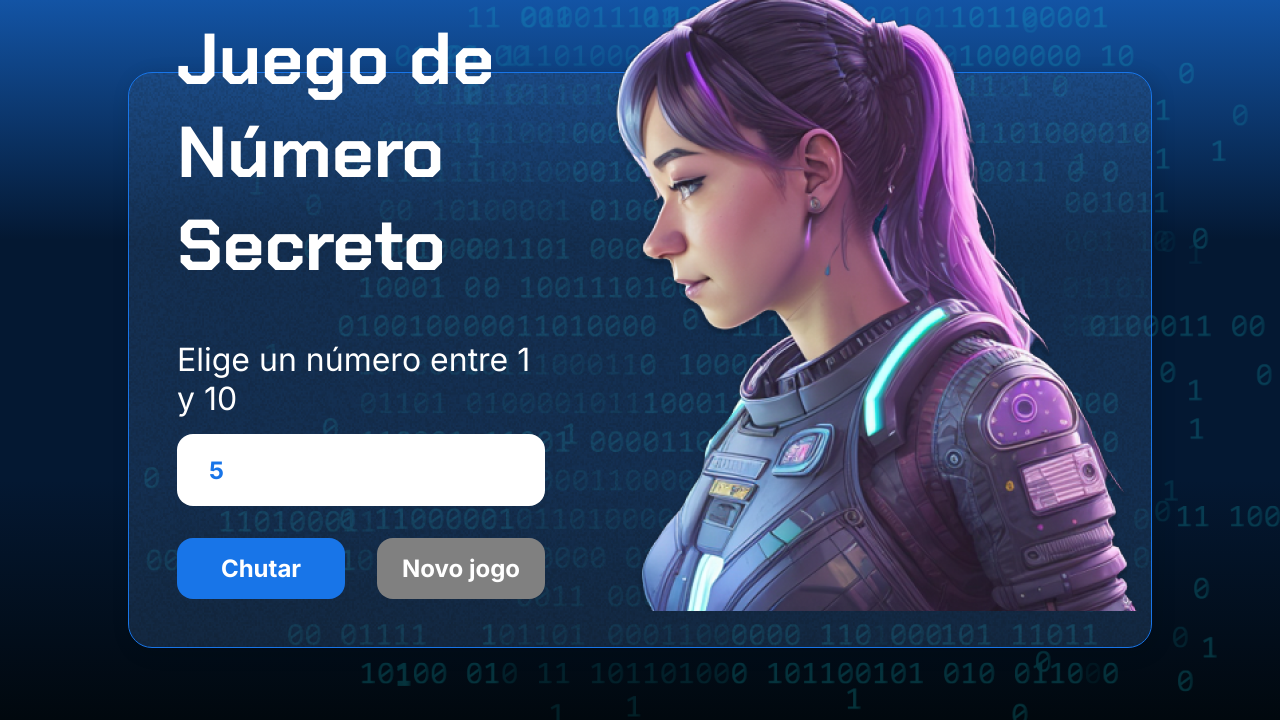
Repository: AnaFzCz/JuegoDeNumeroSecreto
Page: index.html
These files come from the project's save history. The page is drawn as it stood at one moment and after the next save; the edit follows.
The browser window is 1280 px wide. The pictures show the whole page.
Empty fields were first filled with sample values (such as "Sample", 5 or name@example.com).
After loading, the first visible `button.container__botao` was clicked once.

Above is the page before, as saved 2025-02-03 01:32:29.

### index.html
<!DOCTYPE html>
<html lang="pt-br">

<head>
    <meta charset="UTF-8">
    <meta name="viewport" content="width=device-width, initial-scale=1.0">
    <script src="https://code.responsivevoice.org/responsivevoice.js"></script>
    <link rel="preconnect" href="https://fonts.googleapis.com">
    <link rel="preconnect" href="https://fonts.gstatic.com" crossorigin>
    <link href="https://fonts.googleapis.com/css2?family=Chakra+Petch:wght@700&family=Inter:wght@400;700&display=swap"
        rel="stylesheet">
    <link rel="stylesheet" href="style.css">
    <title>JS Game</title>
</head>

<body>

    <div class="container">
        <div class="container__conteudo">
            <div class="container__informacoes">
                <div class="container__texto">
                    <h1></h1>
                    <p class="texto__paragrafo"></p>
                </div>
                <input type="number" min="1" max="10" class="container__input">
                <div class="chute container__botoes">
                    <button onclick="verificarChute()" class="container__botao">Chutar</button>
                    <button onclick="" id="reiniciar" class="container__botao" disabled>Novo jogo</button>
                </div>
            </div>
            <img src="./img/ia.png" alt="Uma pessoa olhando para a esquerda" class="container__imagem-pessoa" />
        </div>
    </div>




    <script src="app.js" defer></script>
</body>

</html>

### style.css
* {
    box-sizing: border-box;
    margin: 0;
    padding: 0;
    color: white;
}

body {
    background: linear-gradient(#1354A5 0%, #041832 33.33%, #041832 66.67%, #01080E 100%);
    height: 100vh;
    display: flex;
    align-items: center;
    justify-content: center;
}


body::before {
    background-image: url("img/code.png");
    background-repeat: no-repeat;
    background-position: right;
    content: "";
    display: block;
    position: absolute;
    width: 100%;
    height: 100%;
    opacity: 0.4;
}

.container {
    width: 80%;
    height: 80%;
    display: flex;
    align-items: center;
    justify-content: space-between;
    border-radius: 24px;
    border: 1px solid #1875E8;
    box-shadow: 4px 4px 20px 0px rgba(1, 8, 14, 0.15);
    background-image: url("img/Ruido.png");
    background-size: 100% 100%;
    position: relative;
}


.container__conteudo {
    display: flex;
    align-items: center;
    position: absolute;
    bottom: 0;
}

.container__informacoes {
    flex: 1;
    padding: 3rem;
}

.container__botao {
    border-radius: 16px;
    background: #1875E8;
    padding: 16px 24px;
    width: 100%;
    font-size: 24px;
    font-weight: 700;
    border: none;
    margin-top: 2rem;
}

.container__texto {
    margin: 16px 0 16px 0;
}

.container__texto-azul {
    color: #1875E8;
}

.container__input {
    width: 100%;
    height: 72px;
    border-radius: 16px;
    background-color: #FFF;
    border: none;
    color: #1875E8;
    padding: 2rem;
    font-size: 24px;
    font-weight: 700;
    font-family: 'Inter', sans-serif;
}

.container__botoes {
    display: flex;
    gap: 2em;
}

h1 {
    font-family: 'Chakra Petch', sans-serif;
    font-size: 72px;
    padding-bottom: 3rem;
}

p,
button {
    font-family: 'Inter', sans-serif;
}

.texto__paragrafo {
    font-size: 32px;
    font-weight: 400;
}

button:disabled {
    background-color: gray;
}

@media screen and (max-width: 1250px) {

    h1 {
        font-size: 50px;
    }

    .container__botao {
        font-size: 16px;
    }


    .texto__paragrafo {
        font-size: 24px;
    }

    .container__imagem-pessoa {
        display: none;
    }

    .container__conteudo {
        display: block;
        position: inherit;
    }

    .container__informacoes {
        padding: 1rem
    }
}

### app.js
// let titulo = document.querySelector('h1');
// titulo.innerHTML = ("Juego de número secreto");


// let parrafo = document.querySelector('p');
// parrafo.innerHTML = 'Escoja un número entre 1 y 10';

let numeroSecreto = generarNumeroAleatorio();

function exibirTextoNaTela(tag, texto) {
    let campo = document.querySelector(tag);
    campo.innerHTML = texto;
}

exibirTextoNaTela('h1', 'Juego de Número Secreto');
exibirTextoNaTela('p', 'Elige un número entre 1 y 10');

function verificarChute() {
    let chute = document.querySelector('input').value;
    // console.log(chute == numeroSecreto);
    if (chute == numeroSecreto) {
        exibirTextoNaTela('h1', 'Acerto');
        exibirTextoNaTela('p', 'Descubriste el número secreto');
    }

}

function generarNumeroAleatorio() {
    return parseInt(Math.random() * 10 + 1);
}

After the next save:
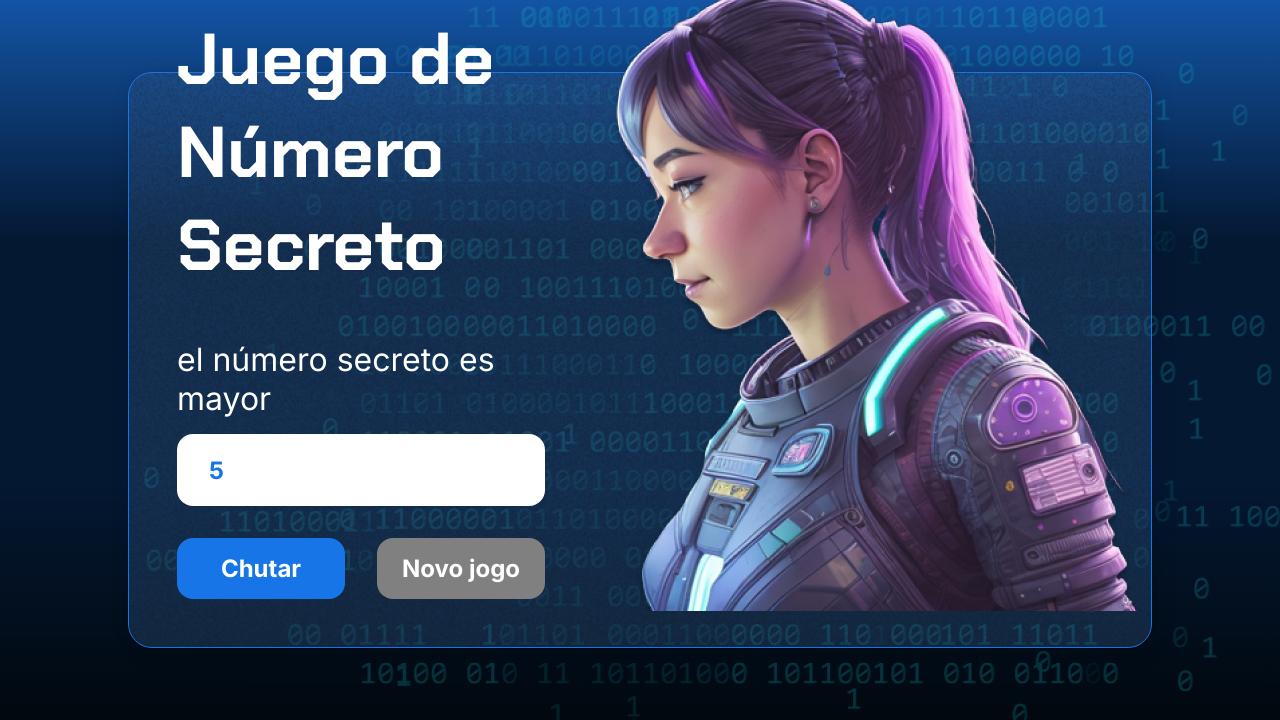
Saved 2 min 23 s later.
--- a/app.js
+++ b/app.js
@@ -21,6 +21,12 @@ function verificarChute() {
     if (chute == numeroSecreto) {
         exibirTextoNaTela('h1', 'Acerto');
         exibirTextoNaTela('p', 'Descubriste el número secreto');
+    } else{
+        if(chute>numeroSecreto)
+            exibirTextoNaTela('p', 'el numero secreto es menor');
+        else{
+            exibirTextoNaTela('p', 'el número secreto es mayor');
+        }
     }
 
 }
